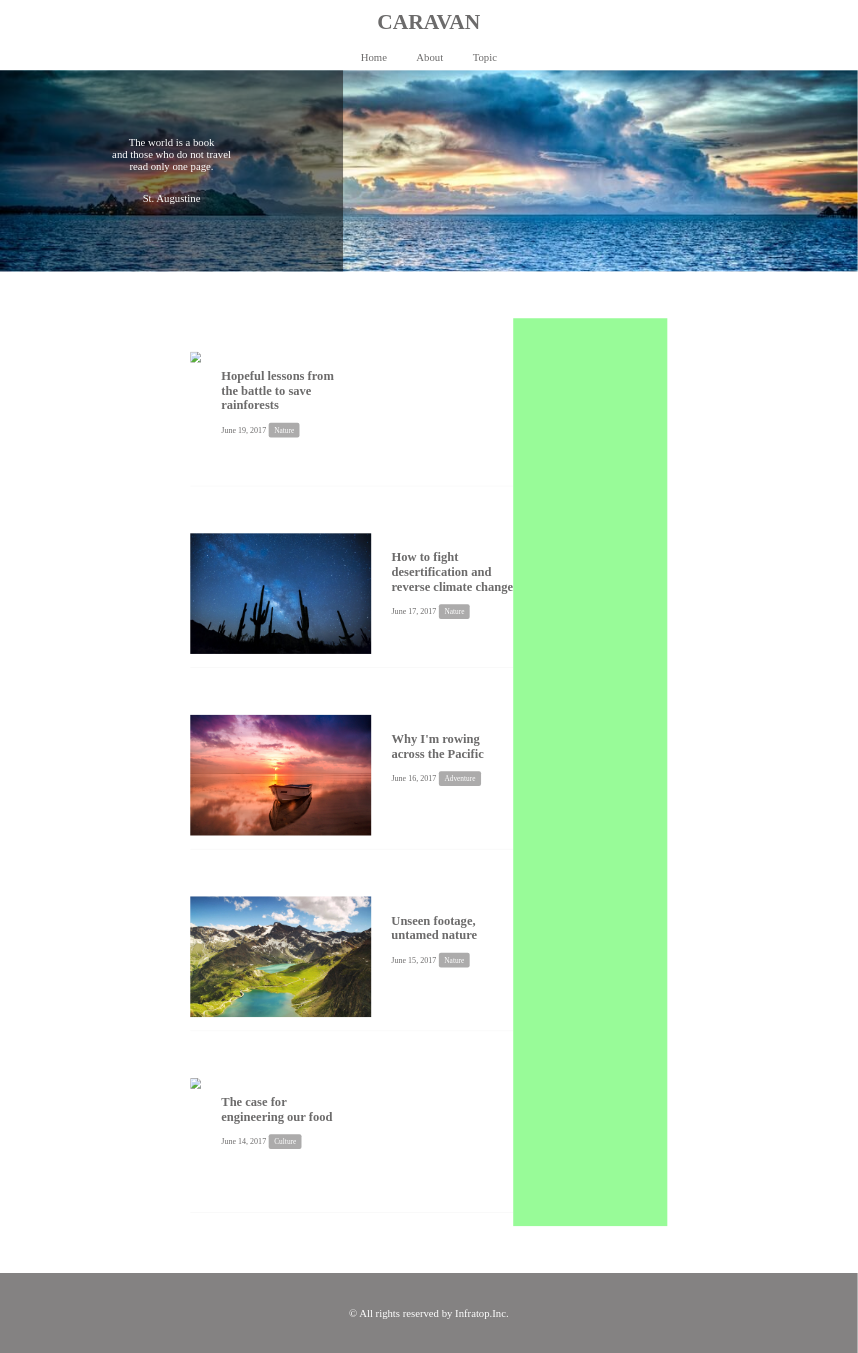
Repository: rascalNoShippo/git-practice
Page: caravan/index.html
The author's editor kept a record of every edit. The page is drawn from the files as they stood at one moment, then again after the next edit.
The browser window is 1280 px wide. The pictures show the whole page, at 67% of full size.

Above is the page before.
Not found: caravan/img/asia.jpg
Not found: caravan/img/forest.jpg

After the next edit:
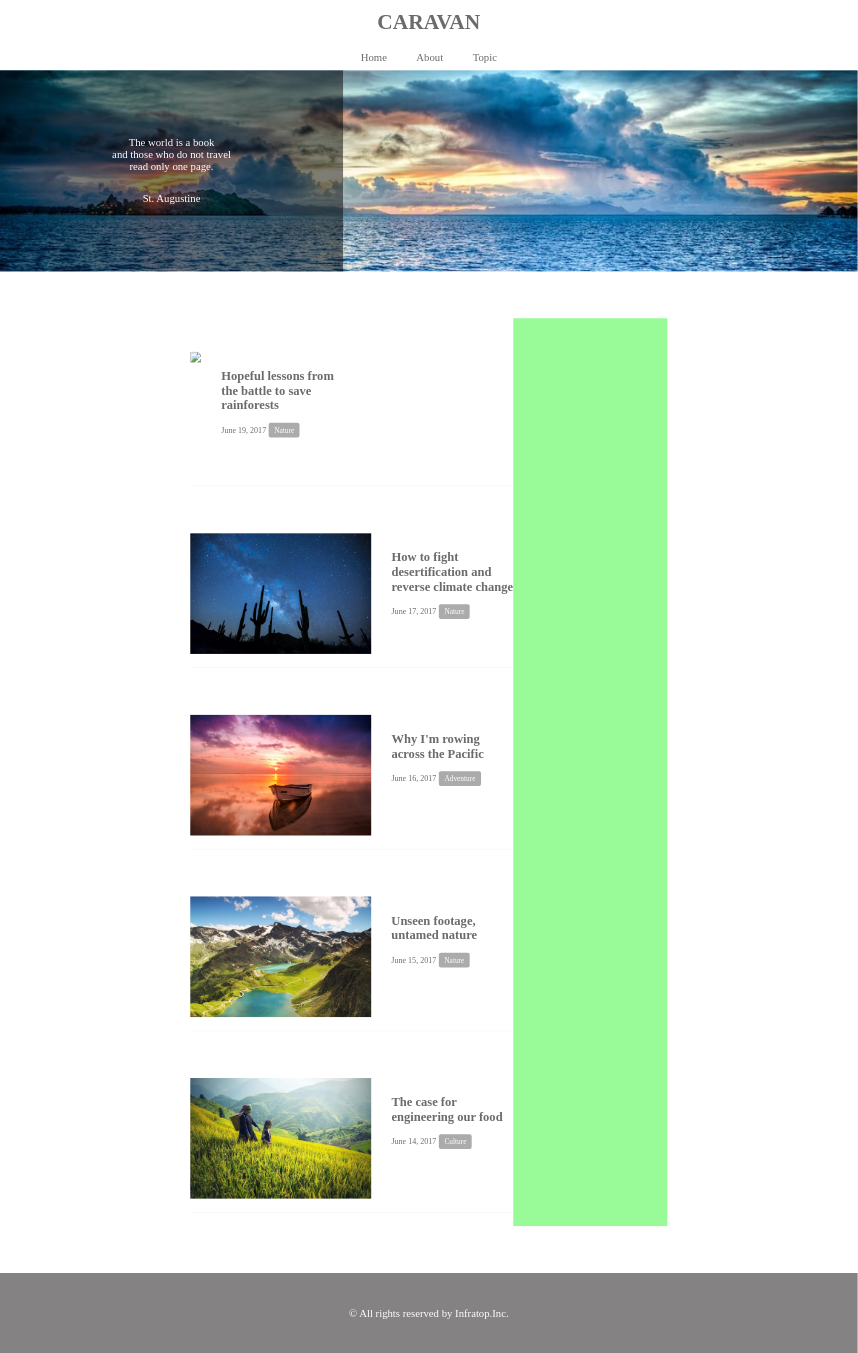
The edit:
--- a/caravan/index.html
+++ b/caravan/index.html
@@ -90,7 +90,7 @@
             </section>
           </div>
           <div class="blog-item">
-            <img class="blog-image" src="img/asia.jpg" />
+            <img class="blog-image" src="image/asia.jpg" />
             <section class="blog-text">
               <h3 class="blog-text-heading">
                 <a href="single.html">
